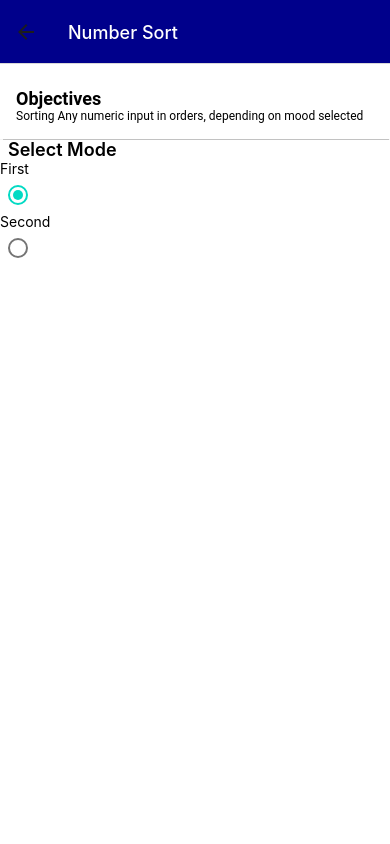
Repository: seyicoded/rn-crazy-algorithm-app
Screen: /Sort_simple_number
The author's editor kept a copy of each file at every save. The screen is drawn from the files as they stood at one save, then again after a run of saves.
The app was drawn by React Native's web renderer in a window 390 px wide. The project was rebuilt for these pictures with package versions that can differ from the ones it lists, and the page was loaded fresh each time. Also part of the build but not shown: src/screens/sort.js, src/screens/filter.js, src/screens/advance.js, src/screens/sorts/Sort_alphabet.js.

Above is the screen before, as saved 2022-03-30 17:37:36.

After the next 2 saves:
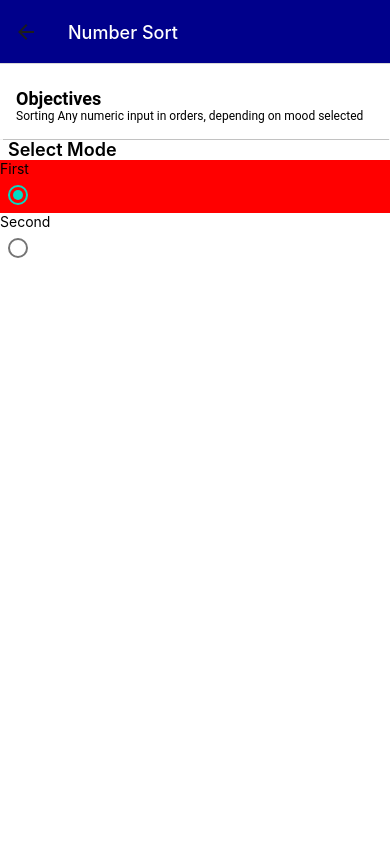
The 2 saves are shown as one change because they came seconds apart.
The last was saved 42 s later.
--- a/src/screens/sorts/Sort_simple_number.js
+++ b/src/screens/sorts/Sort_simple_number.js
@@ -20,8 +20,8 @@ export default function Sort_simple_number() {
         <Text />
         <Text style={styles.title_element}>Select Mode</Text>
 
-        <RadioButton.Group style={{backgroundColor: 'red'}} onValueChange={newValue => setValue(newValue)} value={value}>
-            <View>
+        <RadioButton.Group onValueChange={newValue => setValue(newValue)} value={value}>
+            <View style={{backgroundColor: 'red'}}>
                 <Text>First</Text>
                 <RadioButton value="first" />
             </View>
